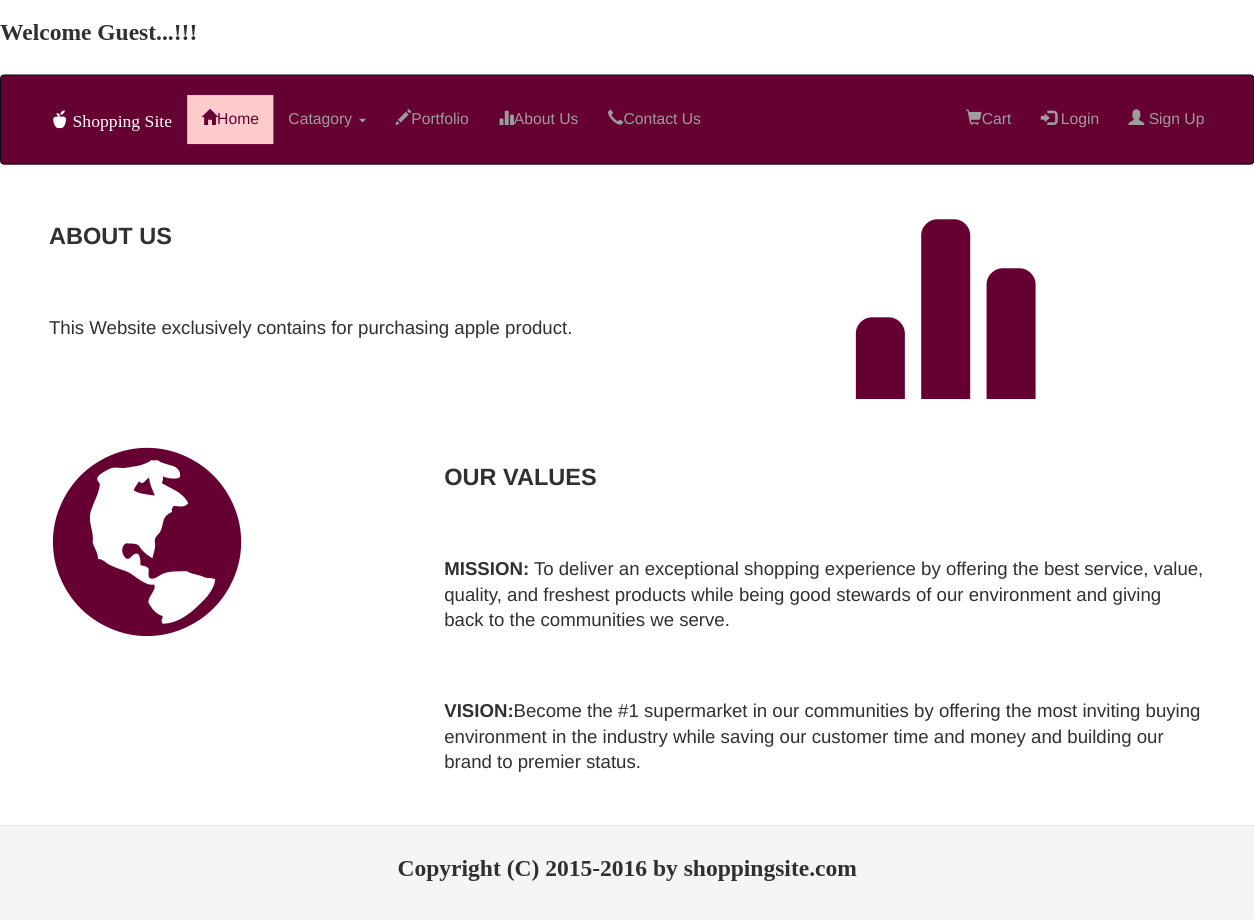
Repository: priyasuthakar/priya
Page: http://localhost/Apple/WEB-INF/views/about.jsp
An editor plug-in stored every save of this project. The page is shown before and after the next save, followed by the edit.
The browser window is 1280 px wide. The pictures show the whole page, at 98% of full size.
The page is served by Tomcat 9. Nobody is signed in. The template is opened directly, without the code that normally fills it, so the values that code supplies are empty.

Above is the page before, as saved 2016-08-25 18:05:11.

After the next save:
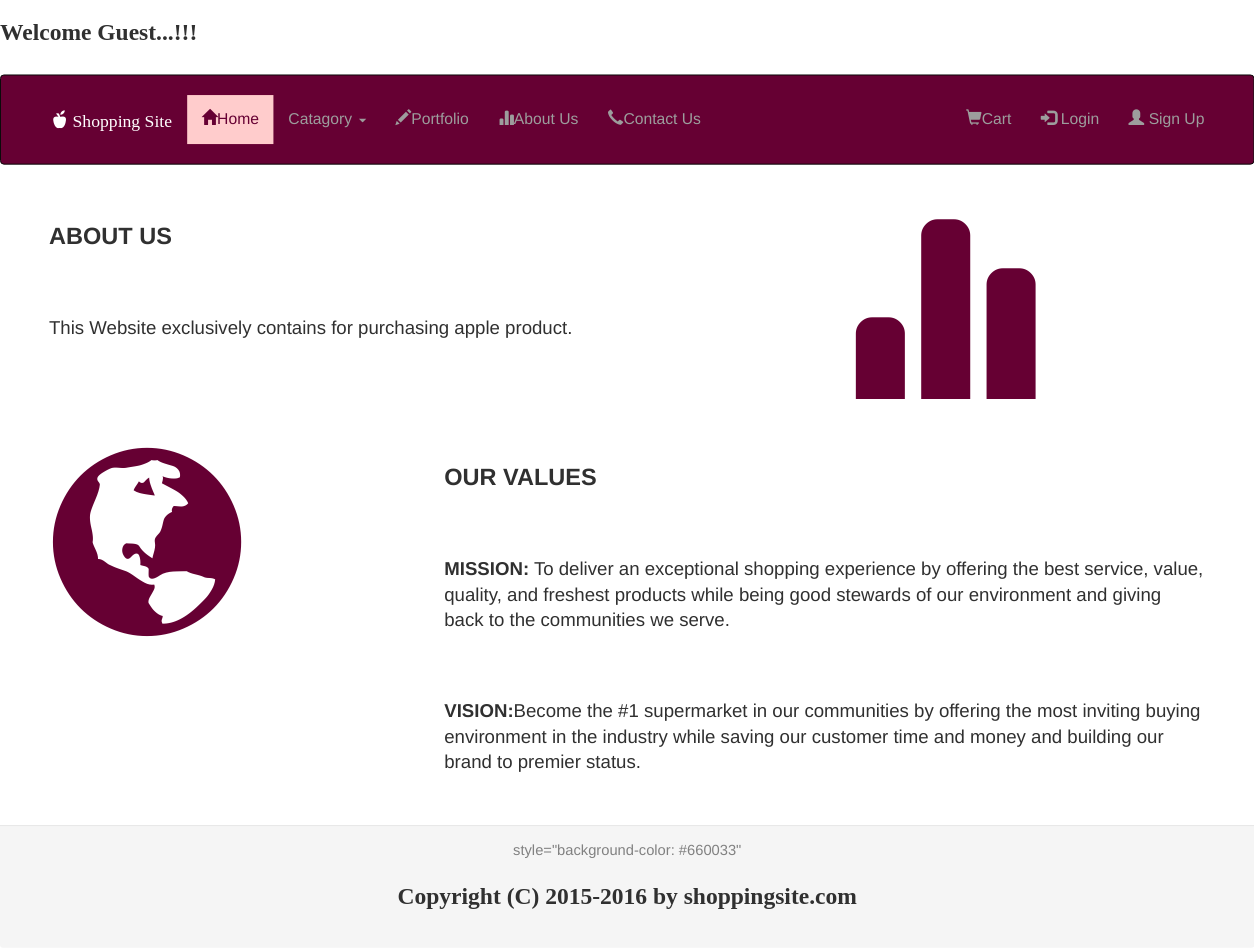
Saved 15 s later.
--- a/Apple/src/main/webapp/WEB-INF/views/Footer.jsp
+++ b/Apple/src/main/webapp/WEB-INF/views/Footer.jsp
@@ -9,7 +9,7 @@
 <body >
 	<div class="panel-footer">
 	<center>
-
+style="background-color: #660033"
 		<font face="Harlow Solid Italic" color="#FFFFF">
 			<h1>Copyright (C) 2015-2016 by shoppingsite.com</h1>
 		</font>

After the save that followed:
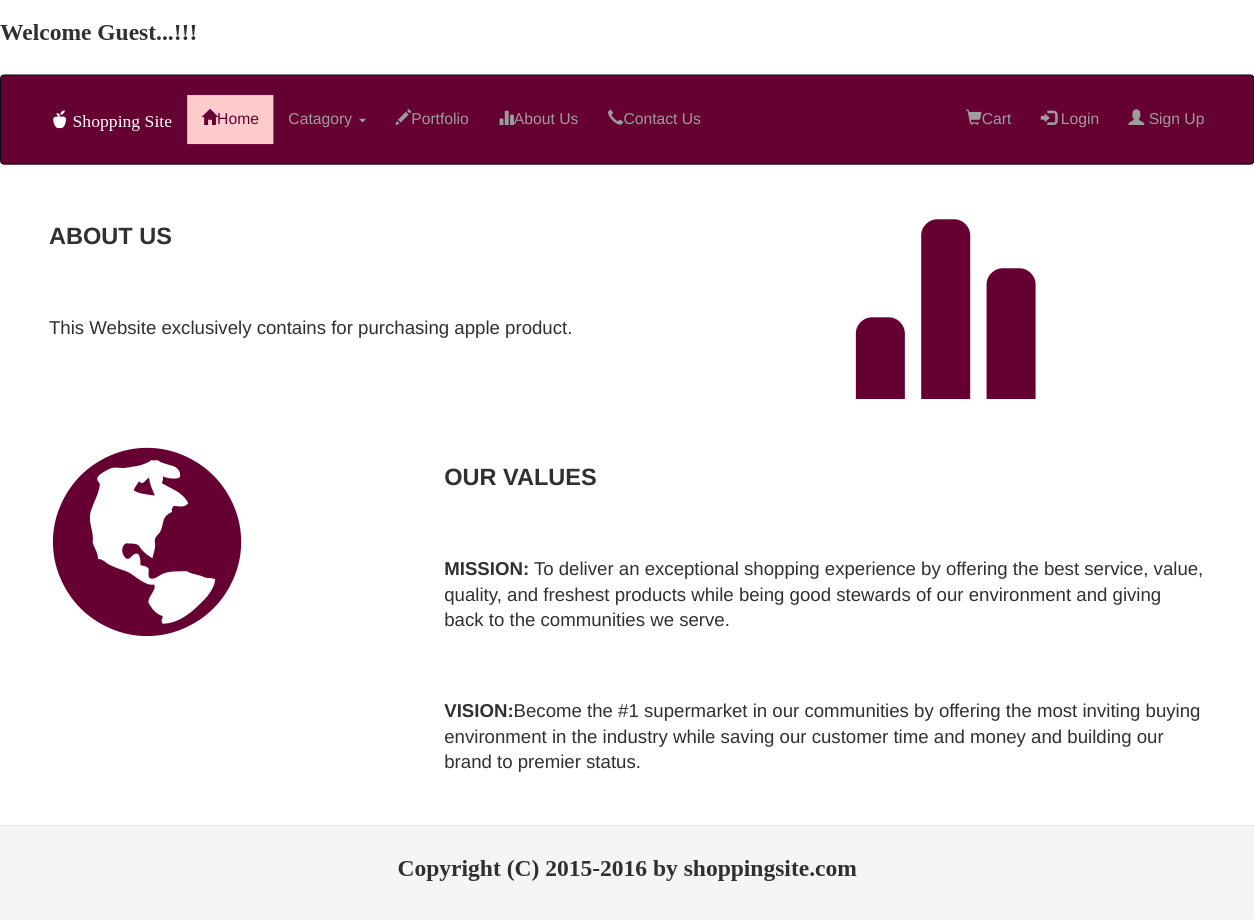
Saved 16 s later.
--- a/Apple/src/main/webapp/WEB-INF/views/Footer.jsp
+++ b/Apple/src/main/webapp/WEB-INF/views/Footer.jsp
@@ -9,7 +9,7 @@
 <body >
 	<div class="panel-footer">
 	<center>
-style="background-color: #660033"
+
 		<font face="Harlow Solid Italic" color="#FFFFF">
 			<h1>Copyright (C) 2015-2016 by shoppingsite.com</h1>
 		</font>
